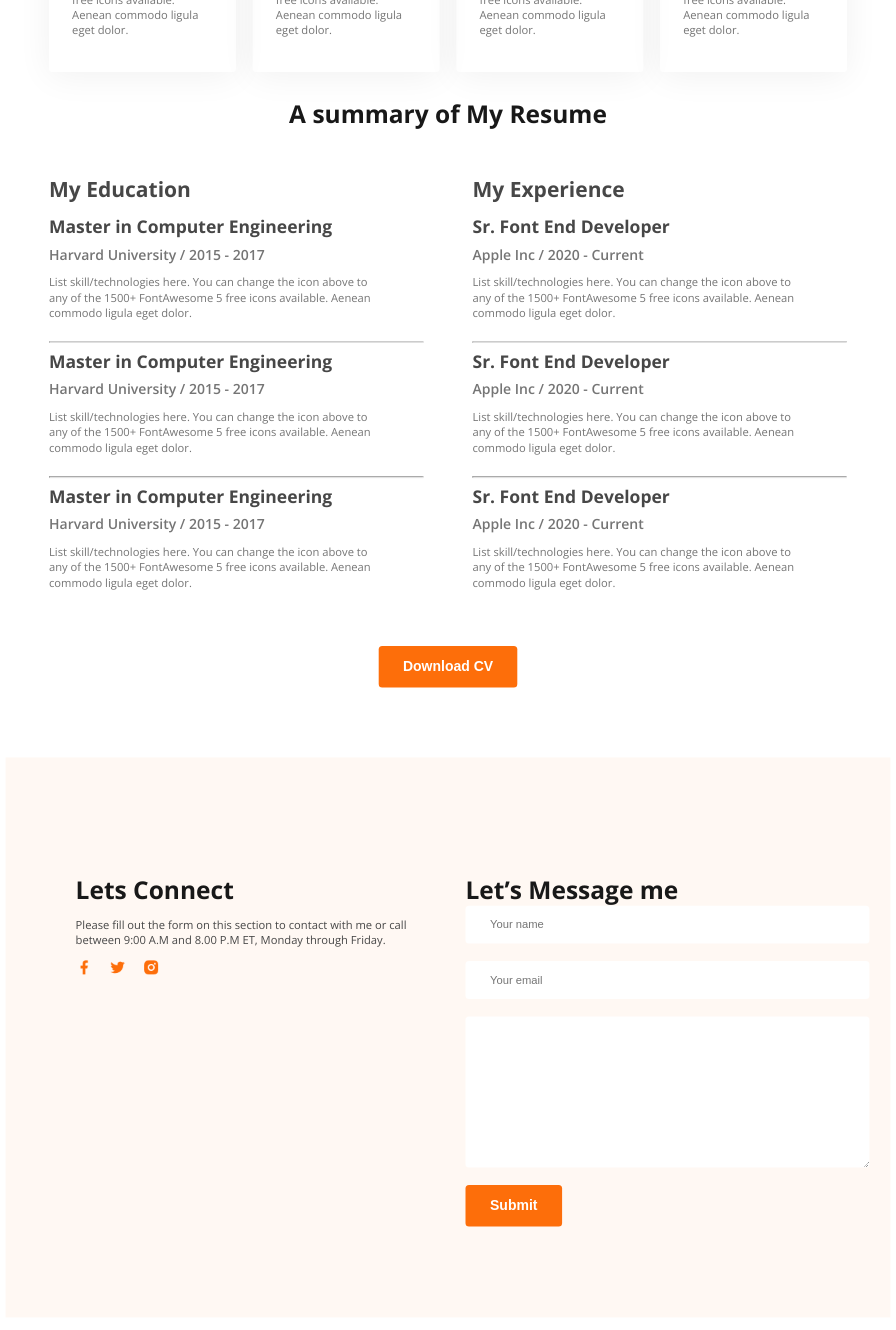
Repository: ShouravAhammed/Simple-Portfolio-Webpage
Page: index.html
These files come from the project's save history. The page is drawn as it stood at one moment and after the next save; the edit follows.
The browser window is 1280 px wide. The pictures show the part of the page from y = 2110 to 4030 px (the page is 4010 px tall before and 4030 px after), at 70% of full size.

Above is the page before, as saved 2024-01-06 04:18:19.

### index.html
<!DOCTYPE html>
<html lang="en">
<head>
    <meta charset="UTF-8">
    <meta name="viewport" content="width=device-width, initial-scale=1.0">
    <title>Mary</title>
    <link rel="stylesheet" href="index.css">
</head>
<body>
    <header class="header">
        <nav>
            <h3 class="nav-title">Ma<span class="text-primary">r</span>y</h3>
            <ul class="navber">
                <li><a href="">Portfolio</a></li>
                <li><a href="">Blog</a></li>
                <li><button class="btn-primary">Hire Me</button></li>
            </ul>
        </nav>
        <div class="banner">
            <div class="banner-content">
                <h3 class="banner-greeting">Hi, I  am</h3>
                <h1 class="banner-title">Mary Hardy</h1>
                <p class="banner-description">Shot what able cold new see hold.Friendly as an betrayed formerly he. Morning because as to society behaved moments.</p>
                <button class="btn-primary">Download</button>
                <button class="btn-primary">Contact</button>
            </div>
            <img class="profile-pic" src="images/hardy.png" alt="profile-pic">
        </div>
    </header>
    <main>
        <section class="about">
            <h3 class="section-title">About Me</h3>
            <p class="section-description">I, m a designer & developer with a passion for web design. I enjoy developing simple, clean and slick websites that provide real value to the end user. Thousands of clients have procured exceptional resulfs while working with me. Delivering work within time and budget which meets clients requirements in our mata.</p>
            <div class="about-info-container">
                <div class="about-info">
                    <h4 class="info-title">Name:</h4>
                    <p class="info-description">Mary Hardy</p>
                </div>
                <div class="about-info">
                    <h4 class="info-title">Email:</h4>
                    <p class="info-description">info@gmail.com</p>
                </div>
                <div class="about-info">
                    <h4 class="info-title">Date of birth:</h4>
                    <p class="info-description">11 November 1987</p>
                </div>
                <div class="about-info">
                    <h4 class="info-title">From:</h4>
                    <p class="info-description">Los Angeles, USA</p>
                </div>
            </div>
        </section>
        <!-- what i do section  -->
        <section>
            <h3 class="section-title">What I do</h3>
            <p id="what-i-do-description" class="section-description">I have more than 10 years experience building software for clients all over the world. Below is a quick overview of my main technical skill sets and technologies i use. Want to find out more about my experience? Check out my online resume and project portfolio.</p>
            <div class="skills-container">
                <div class="skills">
                    <img src="images/icons/js.png" alt="">
                    <h3 class="skills-title">Vanilla JavaScript</h3>
                    <p class="skills-description">List skill/technologies here. You can change the icon above to any of the 1500+ FontAwesome 5 free icons available. Aenean commodo ligula eget dolor.</p>
                </div>
                <div class="skills">
                    <img src="images/icons/react.png" alt="">
                    <h3 class="skills-title">React</h3>
                    <p class="skills-description">List skill/technologies here. You can change the icon above to any of the 1500+ FontAwesome 5 free icons available. Aenean commodo ligula eget dolor.</p>
                </div>
                <div class="skills">
                    <img src="images/icons/nodejs.png" alt="">
                    <h3 class="skills-title">Node.js</h3>
                    <p class="skills-description">List skill/technologies here. You can change the icon above to any of the 1500+ FontAwesome 5 free icons available. Aenean commodo ligula eget dolor.</p>
                </div>
                <div class="skills">
                    <img src="images/icons/mongo.png" alt="">
                    <h3 class="skills-title">MongoDB</h3>
                    <p class="skills-description">List skill/technologies here. You can change the icon above to any of the 1500+ FontAwesome 5 free icons available. Aenean commodo ligula eget dolor.</p>
                </div>
            </div>
        </section>
        <!-- Resume section -->
        <section>
            <h3 class="section-title">A summary of My Resume</h3>
            <div class="resume-container">
                <div class="resume-colum">
                    <h3 class="resume-column-title">My Education</h3>
                    <div class="resume-item">
                        <h3 class="resume-item-title">Master in Computer Engineering</h3>
                        <h4 class="resume-item-institute">Harvard University / 2015 - 2017</h4>
                        <p class="resume-item-description">List skill/technologies here. You can change the icon above
                            to any of the 1500+ FontAwesome 5 free icons available. Aenean commodo ligula eget dolor.</p>
                    </div>
                    <hr>
                    <div class="resume-item">
                        <h3 class="resume-item-title">Master in Computer Engineering</h3>
                        <h4 class="resume-item-institute">Harvard University / 2015 - 2017</h4>
                        <p class="resume-item-description">List skill/technologies here. You can change the icon above
                            to any of the 1500+ FontAwesome 5 free icons available. Aenean commodo ligula eget dolor.</p>
                    </div>
                    <hr>
                    <div class="resume-item">
                        <h3 class="resume-item-title">Master in Computer Engineering</h3>
                        <h4 class="resume-item-institute">Harvard University / 2015 - 2017</h4>
                        <p class="resume-item-description">List skill/technologies here. You can change the icon above
                            to any of the 1500+ FontAwesome 5 free icons available. Aenean commodo ligula eget dolor.</p>
                    </div>
                </div>
                <div class="resume-colum">
                    <h3 class="resume-column-title">My Experience</h3>
                    <div class="resume-item">
                        <h3 class="resume-item-title">Sr. Font End Developer</h3>
                        <h4 class="resume-item-institute">Apple Inc / 2020 - Current</h4>
                        <p class="resume-item-description">List skill/technologies here. You can change the icon above
                            to any of the 1500+ FontAwesome 5 free icons available. Aenean commodo ligula eget dolor.</p>
                    </div>
                    <hr>
                    <div class="resume-item">
                        <h3 class="resume-item-title">Sr. Font End Developer</h3>
                        <h4 class="resume-item-institute">Apple Inc / 2020 - Current</h4>
                        <p class="resume-item-description">List skill/technologies here. You can change the icon above
                            to any of the 1500+ FontAwesome 5 free icons available. Aenean commodo ligula eget dolor.</p>
                    </div>
                    <hr>
                    <div class="resume-item">
                        <h3 class="resume-item-title">Sr. Font End Developer</h3>
                        <h4 class="resume-item-institute">Apple Inc / 2020 - Current</h4>
                        <p class="resume-item-description">List skill/technologies here. You can change the icon above
                            to any of the 1500+ FontAwesome 5 free icons available. Aenean commodo ligula eget dolor.</p>
                    </div>
                </div>
            </div>
            <div class="download-cv">
                <button class="btn-primary">Download CV</button>
            </div>
        </section>
    </main>
    <footer>
        <div class="footer-column">
            <h3 class="section-title left-align">Lets Connect</h3>
            <p class="footer-description">Please fill out the form on this section to contact with me or call between 9:00 A.M and 8.00 P.M ET, Monday through Friday.</p>
            <div class="social-link">
                <a href=""><img src="images/icons/facebook.png" alt="facebook"></a>
                <a href=""><img src="images/icons/twitter.png" alt="twitter"></a>
                <a href=""><img src="images/icons/insta.png" alt="insta"></a>
            </div>
        </div>
        <div class="footer-column">
            <h3 class="section-title left-align">Let’s Message me</h3>
            <form class="contact" action="">
                <input type="name" placeholder="Your name" alt="">
                <input type="email" placeholder="Your email" alt="">
                <textarea name="" id="" cols="30" rows="10"></textarea>
                <input type="submit" class="btn-primary">
            </form>
        </div>

    </footer>
</body>
</html>

### index.css
@import url('https://fonts.googleapis.com/css2?family=Lato:ital,wght@0,100;0,300;0,400;0,700;0,900;1,100;1,300;1,400;1,700;1,900&display=swap');
@import url('https://fonts.googleapis.com/css2?family=Open+Sans:ital,wght@0,300;0,400;0,500;0,600;0,700;0,800;1,300;1,400;1,500;1,600;1,700;1,800&display=swap');
/* google fonts import */
/* *{
    margin: 0;
    padding: 0;
    outline: 0;
} */
ul, ol{
    list-style: none;
}
body{
    font-family: 'Open Sans', sans-serif;
}
.text-primary{
    color: #FD6E0A;
}
.btn-primary{
    border-radius: 5px;
    color: #fff;
    background: #FD6E0A;
    font-size: 20px;
    font-weight: 700;
    padding: 18px 35px;
    border: 0;
}

/* nav related style */
nav{
    display: flex;
    justify-content: space-between;
    align-items: center;
    margin: 0 200px;
}
.nav-title{
    color: #181818;
    font-size: 45px;
    font-weight: 800;
}
nav > ul{
    display: flex;
    align-items: center;
}
nav li{
    margin-right: 50px;
}
nav a{
    text-decoration: none;
    color: #474747;
}
/* header related style */
.header{
    background: #FFF8F3;
    background-image: url(images/header_bg.png);
    background-position: bottom right;
    background-repeat: no-repeat;
}
.banner{
    display: flex;
    justify-content: space-between;
    padding: 30px 30px 0px 150px;
    align-items: center;
}
.banner-content{
    max-width: 580px;
}
.banner .profile-pic{
    width: 500px;
}
.banner-greeting{
    color: #474747;
    font-size: 45px;
    margin-bottom: 0;
}
.banner-title{
    color: #181818;
    font-size: 85px;
    font-weight: 700;
    margin-top: 5px;
    margin-bottom: 20px;
}
.banner-description{
    color: #575757;
    font-size: 18px;
    font-weight: 400;
    margin-bottom: 20px;
}
/* main part style */
main{
    max-width: 1140px;
    margin: 0 auto;
}
/* about part style */
.about{
    border-radius: 10px;
    background: #FFF8F3;
    margin: 130px 0px;
    padding: 130px 155px;
}
.section-title{
    color: #181818;
    text-align: center;
    font-size: 35px;
    font-weight: 700;
}
.section-description{
    color: #757575;
    text-align: center;
    font-size: 18px;
    font-weight: 400;
}
.about-info-container{
    display: flex;
    justify-content: space-around;
}
.about-info{
    text-align: center;
}
.info-title{
    color:  #757575;
    text-align: center;
    font-size: 20px;
    font-weight: 400;
    margin-bottom: 0px;
}
.info-description{
    color:#474747;
    font-size: 20px;
    font-weight: 700;
    margin-top: 10px;
}
#what-i-do-description{
    padding: 30px 150px;
}
/* what i do section style */
.skills-container{
    display: flex;
    gap: 24px;
}
.skills{
    border-radius: 5px;
    box-shadow: 0px 6px 50px 0px rgba(0, 0, 0, 0.06);
    padding: 33px
}
.skills-title{
    color: #181818;
    font-size: 20px;
    font-weight: 700;
}
.skills-description{
    color:#757575;
    font-size: 16px;
    font-weight: 400;
}
/* Resume sectionpart start */
.resume-container{
    display: flex;
    gap: 70px;
}
.resume-container hr{
    background: #d1d1d1;
    height: 0.1px;
}
.resume-column-title{
    color:#474747;
    font-size: 30px;
    font-weight: 700;
    margin-bottom: 15px;
}
.resume-item-title{
    color: #474747;
    font-size: 25px;
    font-weight: 700;
    margin-top: 0px;
    margin-bottom: 10px;
}
.resume-item-institute{
    color: #757575;
    font-size: 20px;
    font-weight: 600;
    margin-top: 0px;
    margin-bottom: 15px;
}
.resume-item-description{
    color: #757575;
    font-size: 16px;
    font-weight: 400;
    margin-top: 10px;
    margin-bottom: 30px;
    padding-right: 50px;
}
.download-cv{
    text-align: center;
    margin-top: 50px;
}
/* footer part style */
footer{
    display: flex;
    gap: 50px;
    background: #fff8f3;
    padding: 130px 100px;
    margin-top: 100px;
}
.footer-column{
    width: 50%;
}
.footer-description{
    color: #474747;
    font-size: 16px;
    font-weight: 400;
}
.left-align{
    margin-bottom: 0px;
    text-align: left;
}
.social-link a{
    margin-right: 20px;
}
.contact input[type=name], input[type=email], textarea{
    display: block;
    margin-bottom: 25px;
    padding: 18px 35px;
    border: 0;
    background: #fff;
    color:#757575;
    font-size: 16px;
    font-weight: 400;
    border-radius: 5px;
    width: 100%;
}

After the next save:
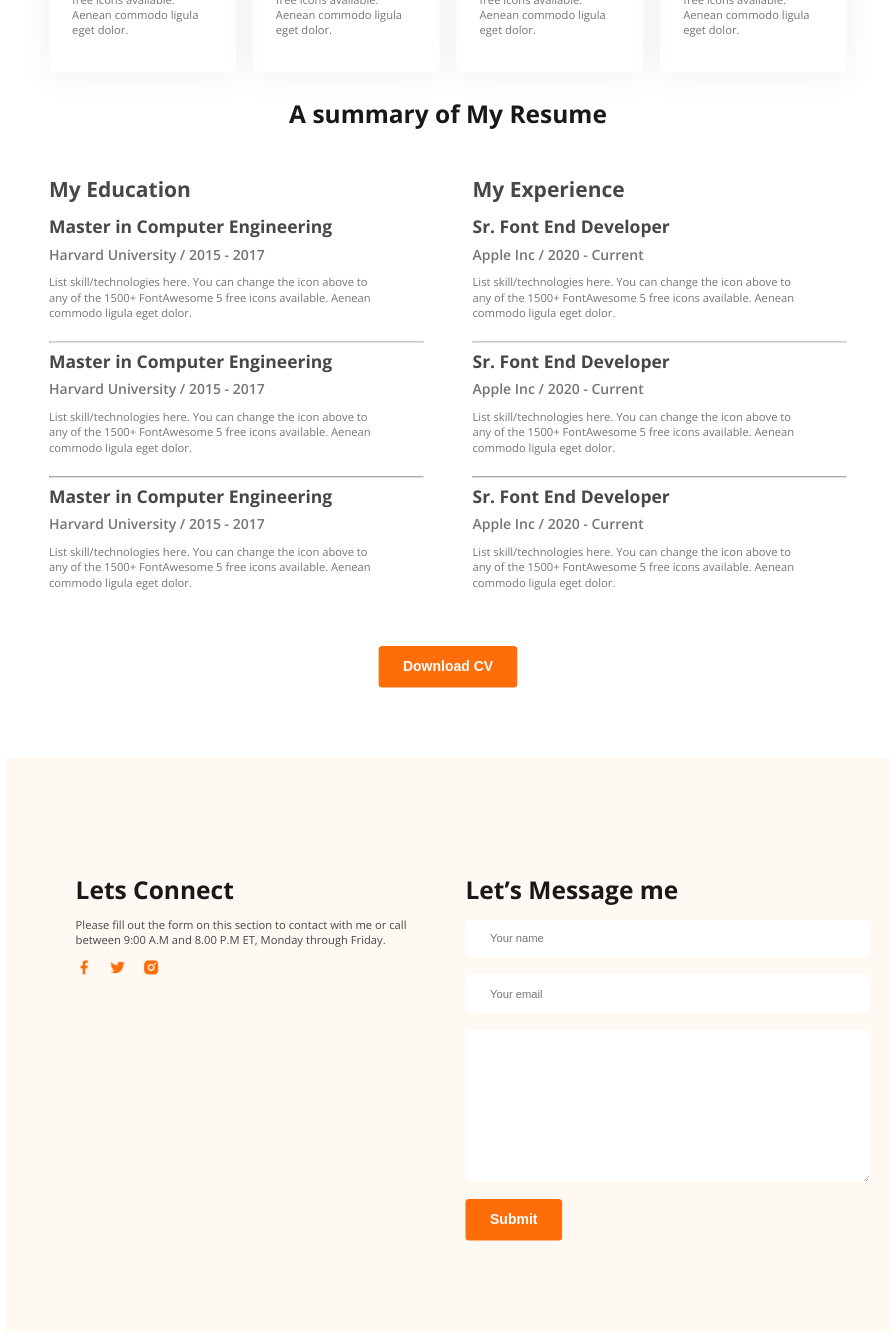
Saved 48 s later.
--- a/index.css
+++ b/index.css
@@ -218,6 +218,7 @@ footer{
 }
 .contact input[type=name], input[type=email], textarea{
     display: block;
+    margin-top: 20px;
     margin-bottom: 25px;
     padding: 18px 35px;
     border: 0;
@@ -227,4 +228,5 @@ footer{
     font-weight: 400;
     border-radius: 5px;
     width: 100%;
-}
+
+}
